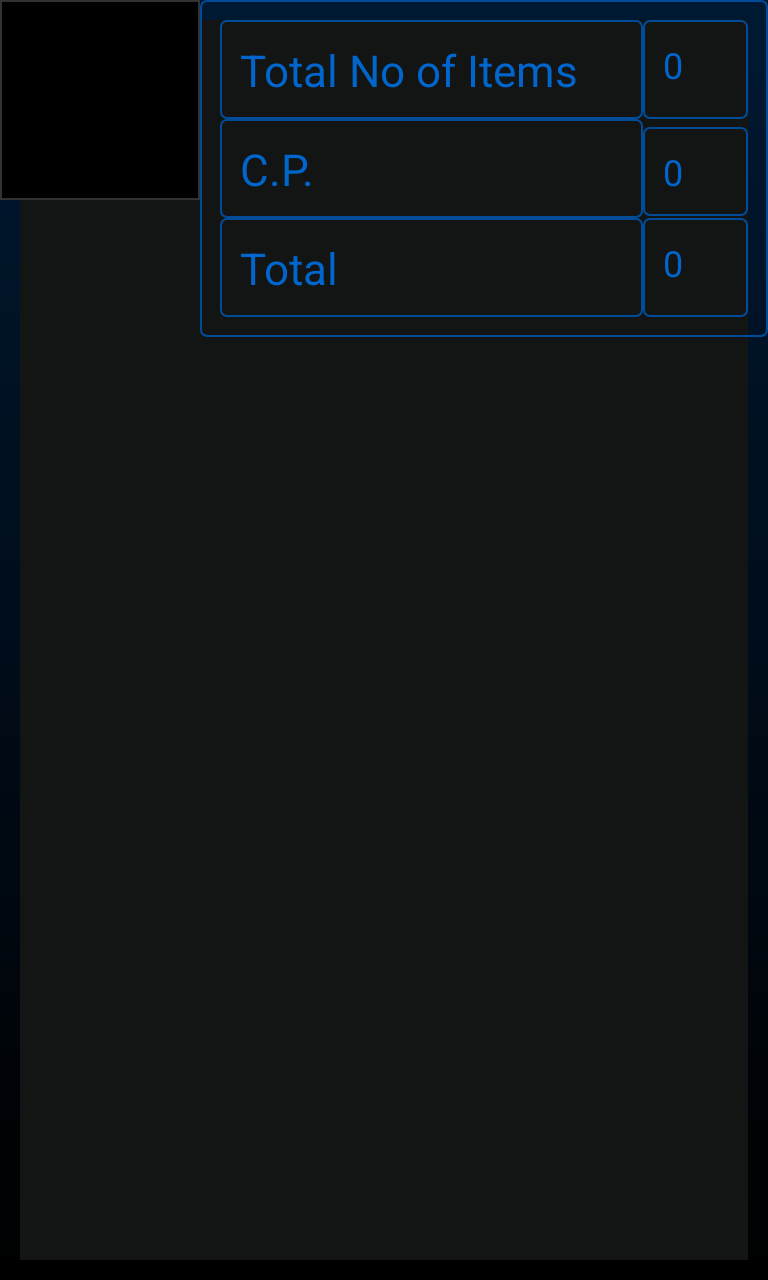
Repository: jasleen1291/B2BMobileApplication
Layout: Mobile E Commerce/B2B/res/layout/order_item.xml
An editor plug-in stored every save of this project. The layout is shown before and after the next save, followed by the edit.
It is drawn on a 768 x 1280 px phone screen (xhdpi) without system bars, with theme mycustomtheme; the app's code is not run.

Above is the layout before, as saved 2013-05-25 14:36:26.

### Mobile E Commerce/B2B/res/layout/order_item.xml
<?xml version="1.0" encoding="utf-8"?>
<LinearLayout xmlns:android="http://schemas.android.com/apk/res/android"
    android:layout_width="match_parent"
    android:layout_height="match_parent"
    android:orientation="horizontal" >

    <ImageView
        android:id="@+id/imageView1"
        android:layout_width="100dp"
        android:layout_height="100dp"
        android:contentDescription="@string/action_forgot_password"
        android:src="@drawable/cell_shape" />

    <TableLayout
        android:layout_width="match_parent"
        android:layout_height="wrap_content"
        android:background="@drawable/textview_border"
        android:stretchColumns="*" >

        <TableRow
            android:id="@+id/tableRow6"
            android:layout_width="wrap_content"
            android:layout_height="wrap_content" >

            <TextView
                android:id="@+id/textView3"
                android:layout_width="wrap_content"
                android:layout_height="wrap_content"
                android:background="@drawable/textview_border"
                android:text="@string/totalitems"
                android:textAppearance="?android:attr/textAppearanceLarge" />

            <TextView
                android:id="@+id/totalitems"
                android:layout_width="wrap_content"
                android:layout_height="match_parent"
                android:background="@drawable/textview_border"
                android:text="@string/zero"
                android:textAppearance="?android:attr/textAppearanceMedium" />
        </TableRow>

        <TableRow
            android:id="@+id/tableRow1"
            android:layout_width="wrap_content"
            android:layout_height="wrap_content" >

            <TextView
                android:id="@+id/textView2"
                android:layout_width="wrap_content"
                android:layout_height="wrap_content"
                android:background="@drawable/textview_border"
                android:text="@string/cp"
                android:textAppearance="?android:attr/textAppearanceLarge" />

            <TextView
                android:id="@+id/textView4"
                android:layout_width="wrap_content"
                android:layout_height="wrap_content"
                android:background="@drawable/textview_border"
                android:text="@string/zero"
                android:textAppearance="?android:attr/textAppearanceMedium" />

        </TableRow>

        <TableRow
            android:layout_width="wrap_content"
            android:layout_height="wrap_content" >

            <TextView
                android:id="@+id/textView1"
                android:layout_width="wrap_content"
                android:layout_height="wrap_content"
                android:background="@drawable/textview_border"
                android:text="@string/total"
                android:textAppearance="?android:attr/textAppearanceLarge" />

            <TextView
                android:id="@+id/total"
                android:layout_width="match_parent"
                android:layout_height="match_parent"
                android:background="@drawable/textview_border"
                android:text="@string/zero"
                android:textAppearance="?android:attr/textAppearanceMedium" />
        </TableRow>
    </TableLayout>

</LinearLayout>

### Mobile E Commerce/B2B/res/values/mycustomtheme.xml
<?xml version="1.0" encoding="utf-8"?>
<resources xmlns:android="http://schemas.android.com/apk/res/android">
    <style name="mycustomtheme" parent="@android:style/Theme.NoTitleBar.Fullscreen">
        <item name="android:windowBackground">@drawable/mybg</item>
       	<item name="android:textColor">#0066cc</item>
       	<item name="android:textColorHint">#51BFE2</item>
    </style>

</resources>

### Mobile E Commerce/B2B/res/drawable/mybg.xml
<?xml version="1.0" encoding="utf-8"?>
<layer-list  xmlns:android="http://schemas.android.com/apk/res/android">
    <item>
<shape android:shape="rectangle">



        <gradient android:startColor="#001933"  android:endColor="#000" android:angle="270"/>


</shape>
</item>
<item android:left="10dp" android:top="10dp" android:right="10dp" android:bottom="10dp">

<shape android:shape="rectangle">



        <solid android:color="#131414"></solid>


</shape>
</item>
</layer-list>

### Mobile E Commerce/B2B/res/values/strings_activity_login.xml
<resources>

    <string name="title_activity_login">Sign in</string>

    <!-- Strings related to login -->
    <string name="prompt_email">Username</string>
    <string name="prompt_password">Password</string>
    <string name="action_sign_in_register"><b>Sign in</b> or register</string>
    <string name="action_sign_in_short">Sign in</string>
    <string name="action_forgot_password">Recover lost password</string>
    <string name="login_progress_signing_in">Signing in&#8230;</string>
    <string name="error_invalid_email">This email address is invalid</string>
    <string name="error_invalid_password">This password is too short</string>
    <string name="error_incorrect_password">This password is incorrect</string>
    <string name="error_field_required">This field is required</string>
    <string name="login">Login</string>

</resources>

### Mobile E Commerce/B2B/res/drawable/cell_shape.xml
<?xml version="1.0" encoding="utf-8"?>
<shape
  xmlns:android="http://schemas.android.com/apk/res/android"
    android:shape= "rectangle"  >
        <solid android:color="#000"/>
        <stroke android:width="1dp"  android:color="#333"/>
</shape>

### Mobile E Commerce/B2B/res/drawable/textview_border.xml
<?xml version="1.0" encoding="utf-8"?>
<shape xmlns:android="http://schemas.android.com/apk/res/android" android:shape="rectangle">
    <corners android:radius="3dp"></corners>
	<stroke android:width="1dp" android:color="#004C99"/>
	<padding android:left="10dp" android:top="10dp" android:right="10dp" android:bottom="10dp"/>
</shape>

### Mobile E Commerce/B2B/res/values/strings.xml
<?xml version="1.0" encoding="utf-8"?>
<resources>

    <string name="app_name">B2B</string>
    <string name="action_settings">Settings</string>
    <string name="hello_world">Hello world!</string>
    <string name="Loading">Loading&#8230;&#8230;&#8230;</string>
    <string name="title_activity_sign_up">Sign Up</string>

    <string-array name="signUpAsArray">
        <item>Customer</item>
        <item>Retailer</item>
        <item>Supplier</item>
    </string-array>

    <string name="title_activity_registeration">RegisterationActivity</string>
    <string name="title_activity_customer_area">CustomerArea</string>
    <string name="welcome">Welcome</string>
    <string name="title_activity_admin_area">Admin_area</string>
    <string name="general_complaint_fragment">General Complaint</string>
    <string name="hello_blank_fragment">Hello blank fragment</string>
    <string name="general_complaint">General Complaint</string>
    <string name="respond">Respond</string>
    <string name="submit">Submit</string>
    <string name="addcategory">Parent Category</string>
    <string name="categoryhint">Category</string>
    <string name="AddParentCategory">Add super category</string>
    <string name="complaintAbout">Complaint About</string>
    <string name="complainFrom">Complaint From</string>
    <string name="itemComplaint">Complaints about Items</string>
    <string name="shopComplaint">Complaint about shop</string>
    <string name="generalNotification">General Notification</string>
    <string name="urgentNotification">Urgent Notification</string>
    <string name="title">Title</string>
    <string name="message">Message</string>
    <string name="markAll">Mark all</string>
    <string name="advertisementPricing">Advertisement Pricing</string>
    <string name="desc">Description</string>
    <string name="days">No of days</string>
    <string name="cost">Cost</string>
    <string name="size">Size of advertisement</string>
    <string name="type">Type</string>
    <string name="fine">Fine</string>
    <string name="pickCategory">Pick a Category</string>

    <string-array name="typeArray">
        <item>Retailer</item>
        <item>Supplier</item>
    </string-array>

    <string name="update">Update</string>
    <string name="delete">Delete</string>
    <string name="view_advertisement">View Advertisements</string>
    <string name="noofcategories">No of Categories</string>
    <string name="shoppricing">Shop Pricing</string>
    <string name="view_fine_pricing">View Fine Pricing</string>
    <string name="shop_pricing">Shop Pricing</string>
    <string name="subCategory">Add Sub Category</string>
    <string name="addshop">Add Shop</string>
    <string name="title_activity_pay_fine">Pay Fine</string>
    <string name="finetitle">Your account has been suspended by the admin. Pay fine to continue using this applciation.</string>
    <string name="fineabc">Your payment has been received. Your account will now be restored. Please wait few minutes</string>
    <string name="title_activity_retailer_area">Retailer_area</string>
    <string name="title_activity_first_time_login">FirstTimeLogin</string>
    <string name="EditMyCategories">Edit My Categories</string>
    <string name="addnewitem">Add New Item</string>
    <string name="itemname">Item Name</string>
    <string name="longdescription">Long Description</string>
    <string name="qtyperunit">Qty Per unit</string>
    <string name="unit_of_measurement">Unit of Measurement</string>
    <string name="shopName">Shop Name</string>
    <string name="description">Description</string>
    <string name="categoriesAllowed">No of categories allowed</string>
    <string name="itemsSelling">No of Items Selling</string>
    <string name="itemsAvailable">No of Items not Selling</string>
    <string name="expirydate">Expiry Date</string>
    <string name="paymentEmail">Payment Email</string>
    <string name="selectcategory">Select a Category</string>
    <string name="clicktochange">Click On Image To Change It</string>
    <string name="cp">C.P.</string>
    <string name="sp">S.P.</string>
    <string name="minorder">Min order</string>
    <string name="discount">Discount</string>
    <string name="qtyonorder">Qty. On Order</string>
    <string name="qtyonhand">Qty. On Hand</string>
    <string name="qty">Qty.</string>
    <string name="viewdetails">View Details</string>
    <string name="note">Long Click on Image to view expanded image</string>
    <string name="chngImg">Change Image</string>
    <string name="addWarehouse">Add Warehouse</string>
    <string name="name">Name</string>
    <string name="cancel">Cancel</string>
    <string name="itemavailabilty">Item Availabilty</string>
    <string name="batchDiscounts">Batch Discounts</string>
    <string name="clicktoupdate">Click to Update</string>
    <string name="add">Add</string>
    <string name="place_order">Place Order</string>
    <string name="Method">Method</string>
    <string name="warehouse">Warehouse</string>
    <string-array name="ordervia">
        <item >Email</item>
        <item >SMS</item>
        <item >Phone</item>
    </string-array>
        <string name="total">Total</string>
        <string name="zero">0</string>
        <string name="totalitems">Total No of Items</string>

</resources>

After the next save:
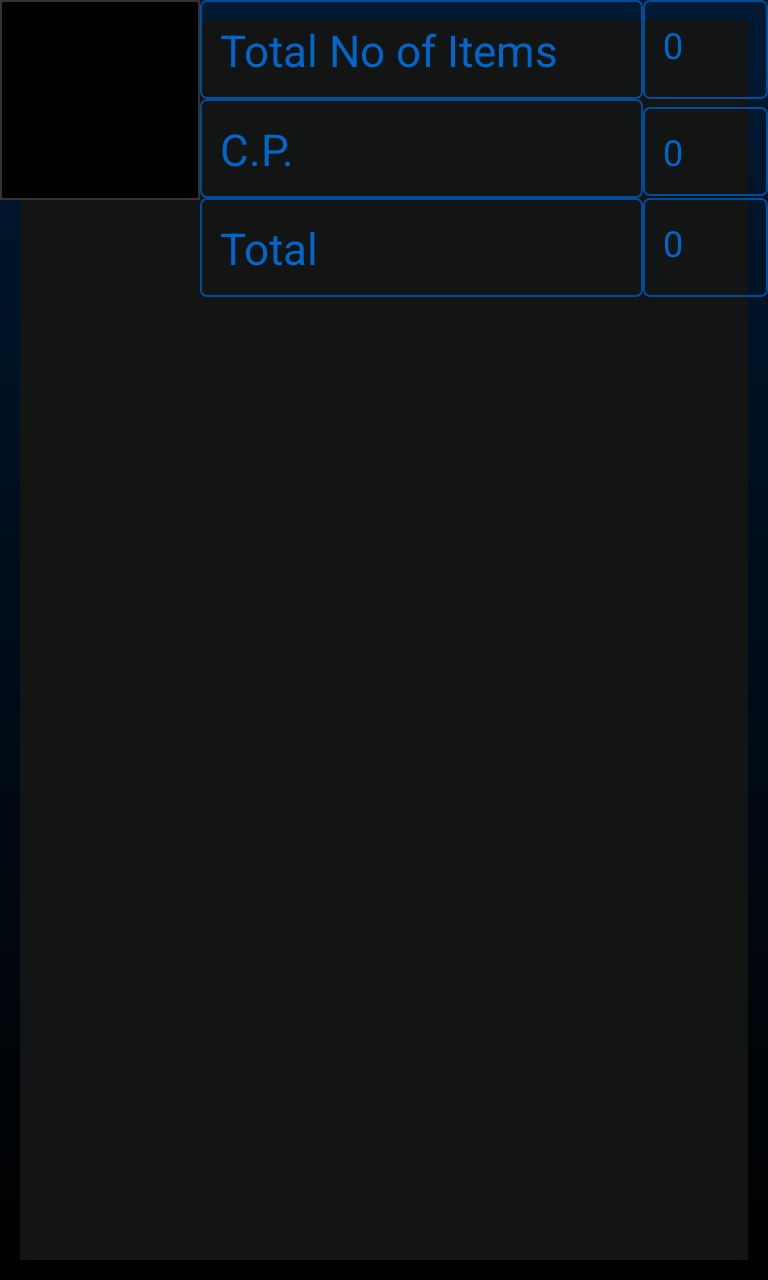
Saved 20 s later.
--- a/Mobile E Commerce/B2B/res/layout/order_item.xml
+++ b/Mobile E Commerce/B2B/res/layout/order_item.xml
@@ -14,8 +14,7 @@
     <TableLayout
         android:layout_width="match_parent"
         android:layout_height="wrap_content"
-        android:background="@drawable/textview_border"
-        android:stretchColumns="*" >
+         android:stretchColumns="*" >
 
         <TableRow
             android:id="@+id/tableRow6"
